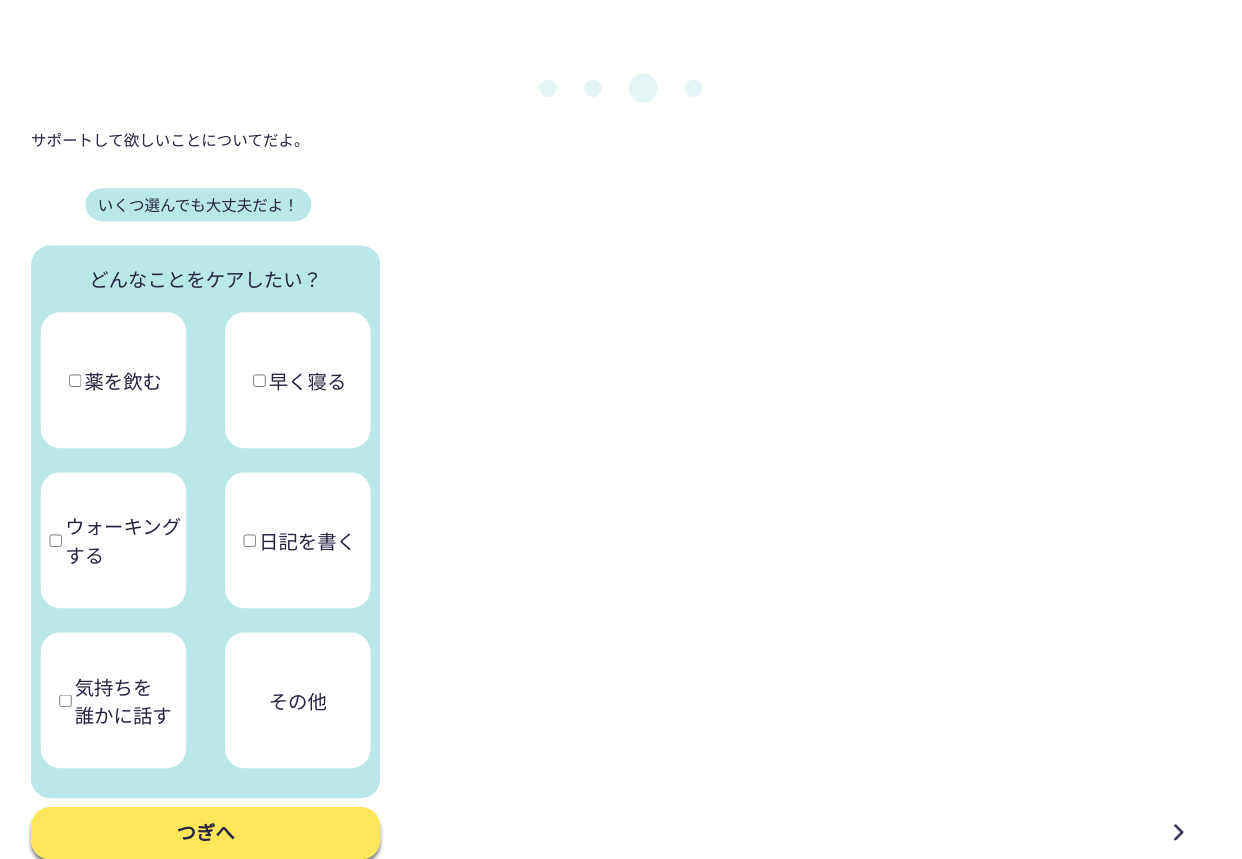
Repository: misaki0919/Self-care
Page: support.html
The author's editor kept a copy of each file at every save. The page is drawn from the files as they stood at one save, then again after the next save.
The browser window is 1280 px wide. The pictures show the whole page, at 97% of full size.
Some web fonts or font styles are not loaded; a fallback is used.

Above is the page before, as saved 2026-07-19 11:53:48.

After the next save:
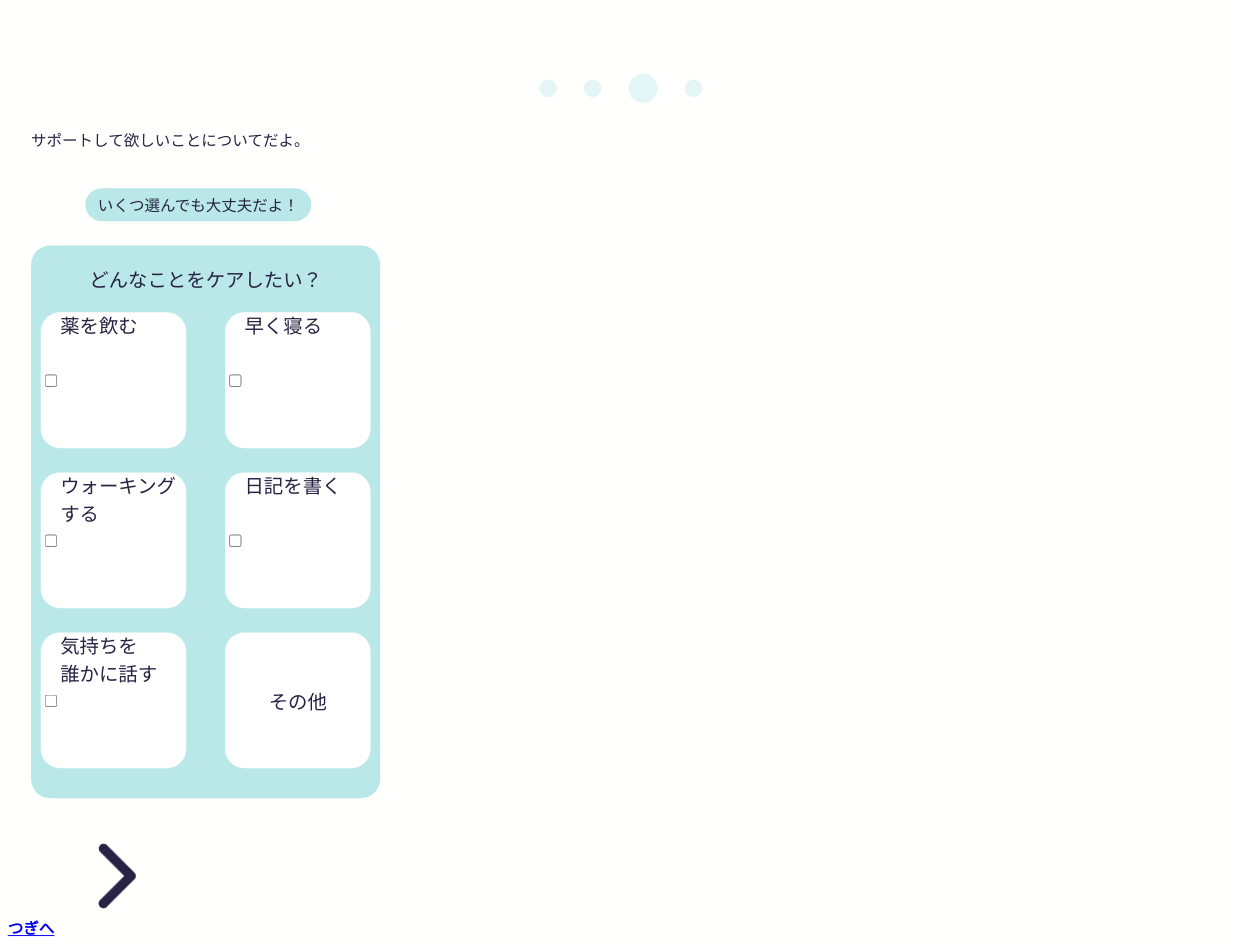
Saved 93 s later.
--- a/css/support.css
+++ b/css/support.css
@@ -88,6 +88,12 @@ body{
 
         }
     }
+    input[type="checkbox"] + label{
+            border: solid 1px tomato;
+            border: none;
+            width:163px;
+            height: 144px;
+
 }
 
 
